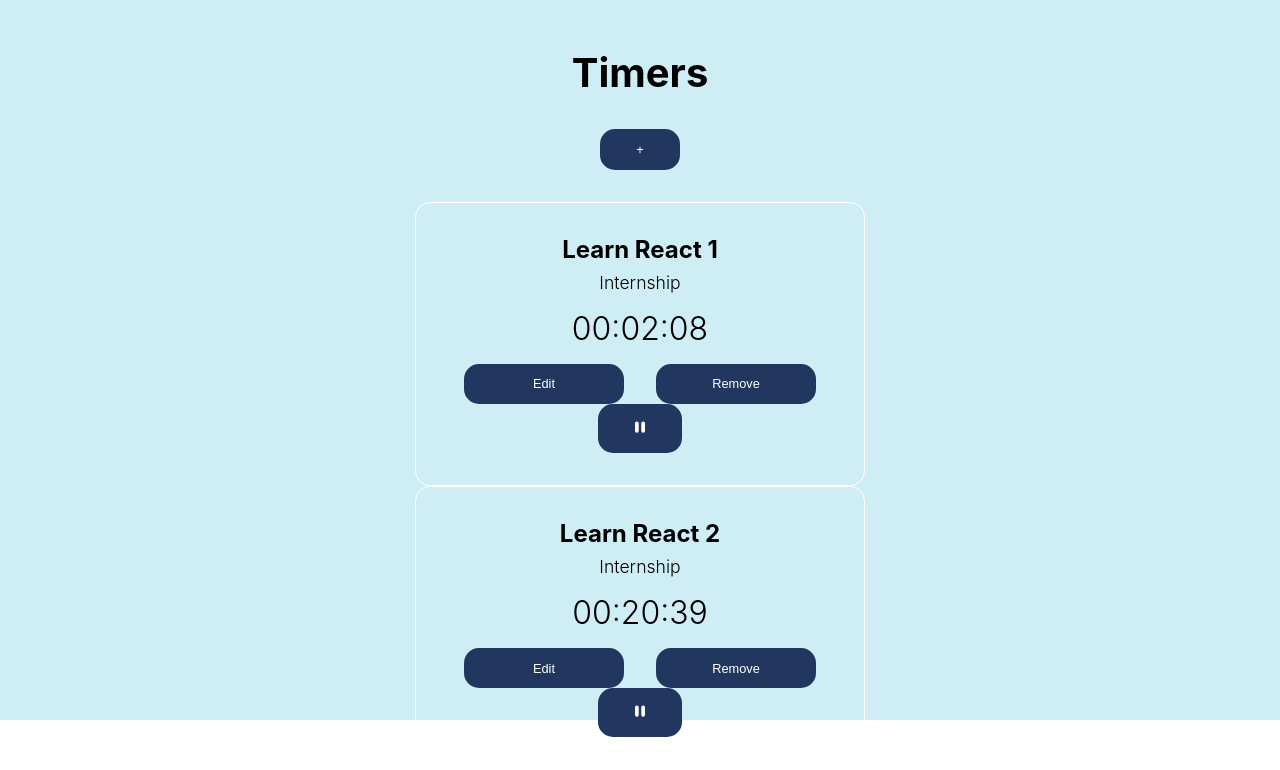
Repository: dqhuy153/react-timer
Page: /
These files come from the project's save history. The page is drawn as it stood at one moment and after a run of saves; the edit follows.
The browser window is 1280 px wide. The pictures show the whole page.
The project was rebuilt for these pictures with package versions that can differ from the ones it lists, and the page was loaded fresh each time. Also part of the build but not shown: src/components/TimerForm/TimerForm.module.scss, src/components/TimerForm/index.jsx, src/components/EditableTimerForm/EditableTimerForm.module.scss.

Above is the page before, as saved 2021-10-26 17:33:56.

After the next 3 saves:
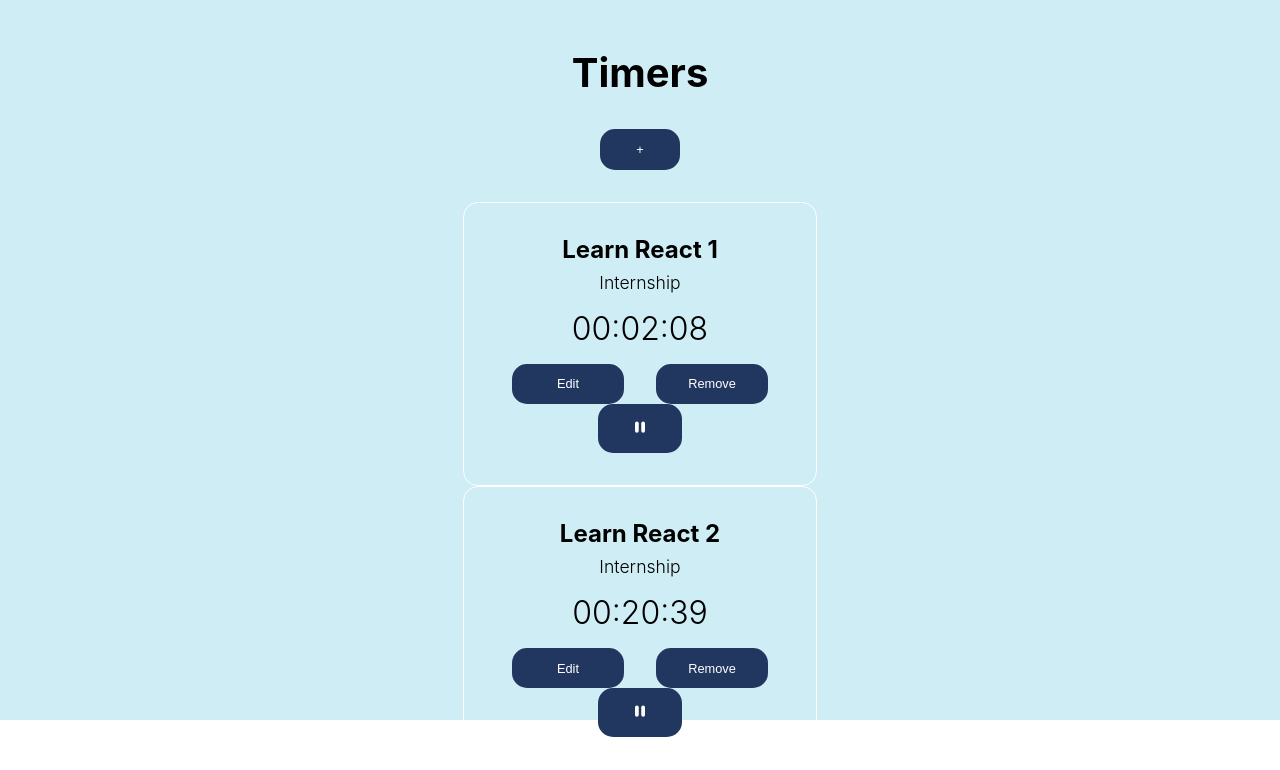
The 3 saves are shown as one change because they came seconds apart.
The last was saved 8 s later.
--- a/src/components/Timer/Timer.module.scss
+++ b/src/components/Timer/Timer.module.scss
@@ -27,7 +27,7 @@
   .btn_container {
     .btn {
       margin: 0 1rem;
-      min-width: 10rem;
+      min-width: 7rem;
     }
   }
 }
